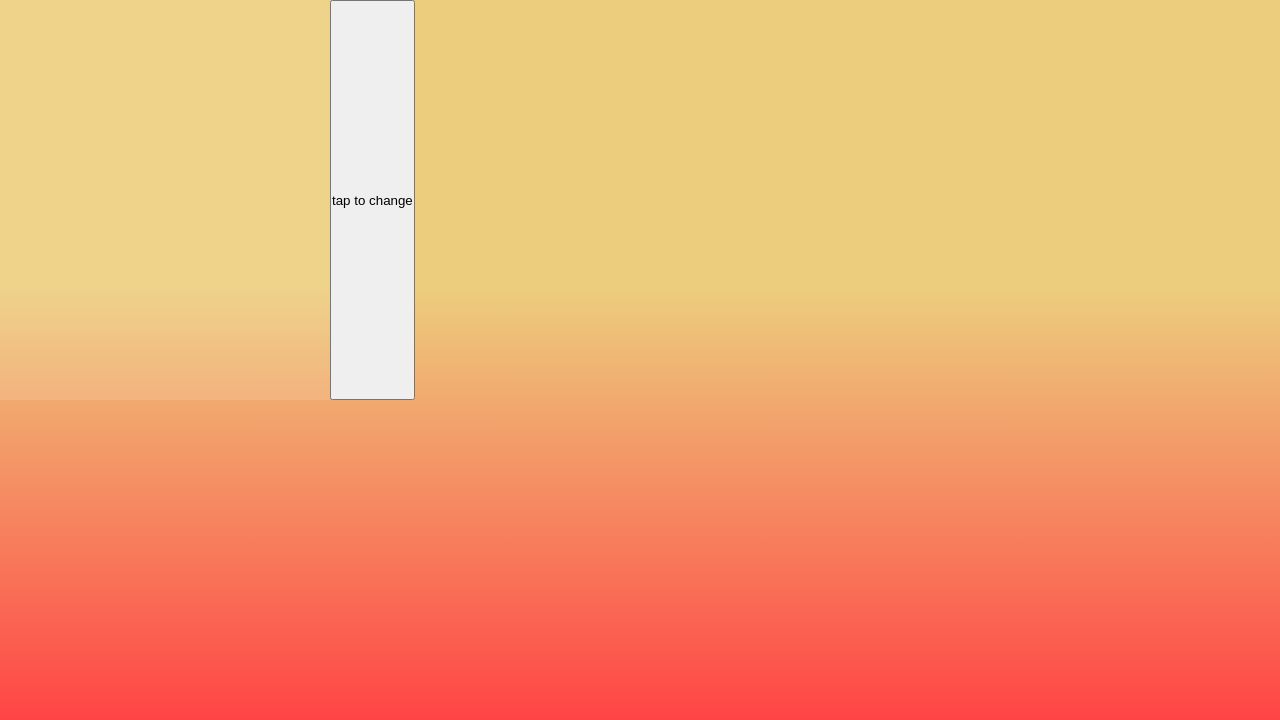
Repository: ThanhThn/profile
Page: index.html
An editor plug-in stored every save of this project. The page is shown before and after the next save, followed by the edit.
The browser window is 1280 px wide. The pictures show the whole page.

Above is the page before, as saved 2022-12-04 23:35:15.

After the next save:
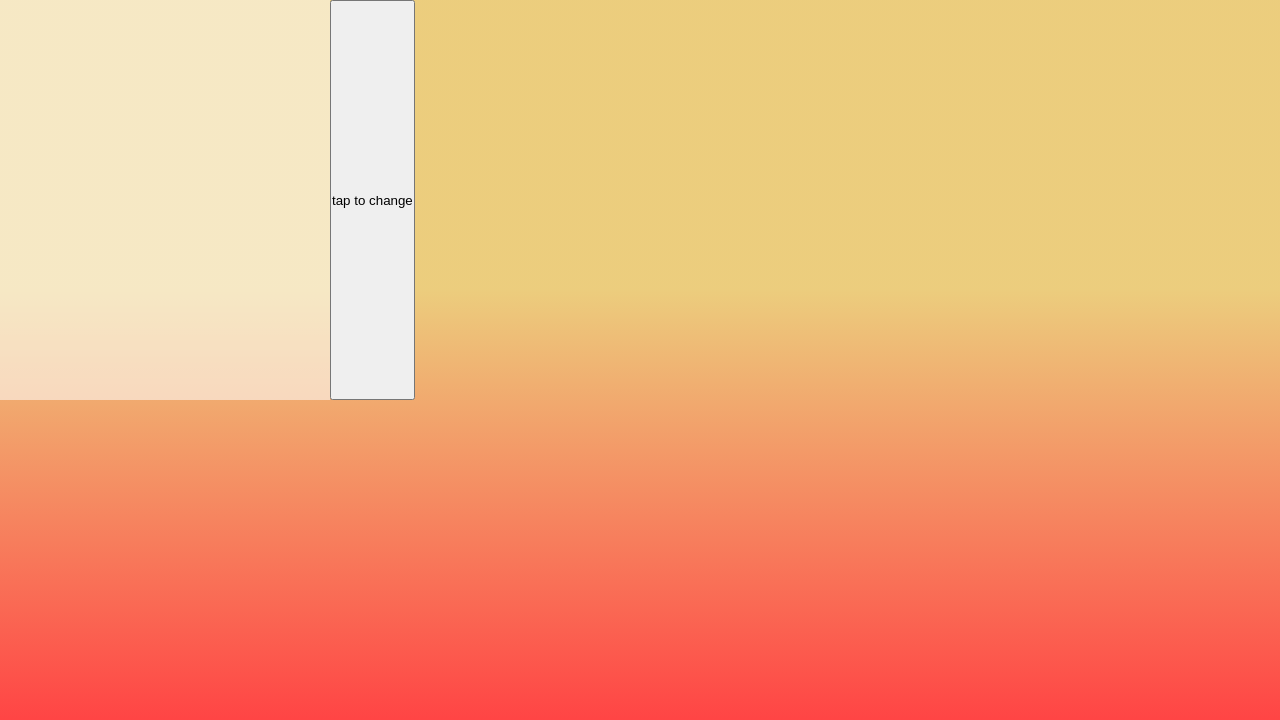
Saved 6 s later.
--- a/style.css
+++ b/style.css
@@ -16,5 +16,5 @@ body{
 .content{
     width: 330px;
     height: 400px;
-    background: rgba(255, 255, 255, 10%);
+    background: rgba(255, 255, 255, 55%);
 }
